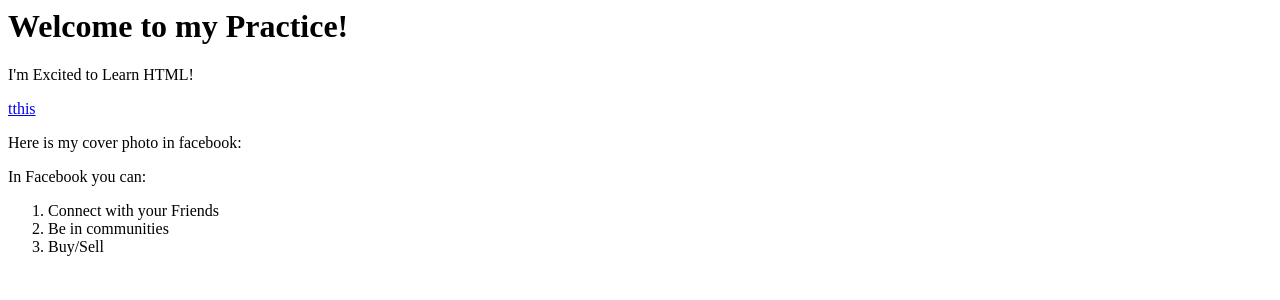
Repository: MonwarAdeeb/Bista_Solutions
Page: HTML & CSS/HTML/Level One/005. Assessment.html
An editor plug-in stored every save of this project. The page is shown before and after the next save, followed by the edit.
The browser window is 1280 px wide. The pictures show the whole page.

Above is the page before, as saved 2021-05-19 15:22:53.

After the next save:
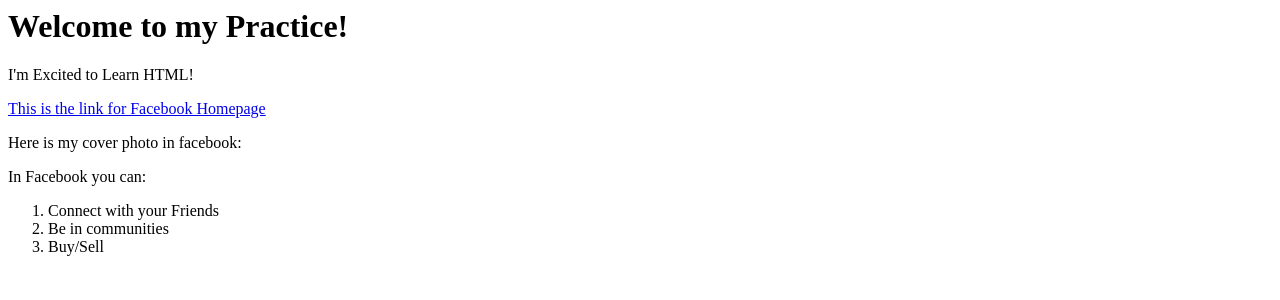
Saved 9 s later.
--- a/HTML & CSS/HTML/Level One/005. Assessment.html
+++ b/HTML & CSS/HTML/Level One/005. Assessment.html
@@ -11,7 +11,7 @@
     <p>I'm Excited to Learn HTML!</p>
 
     <a href="https://www.facebook.com">
-    tthis
+    This is the link for Facebook Homepage
     </a>
 
     <p>Here is my cover photo in facebook:</p>
